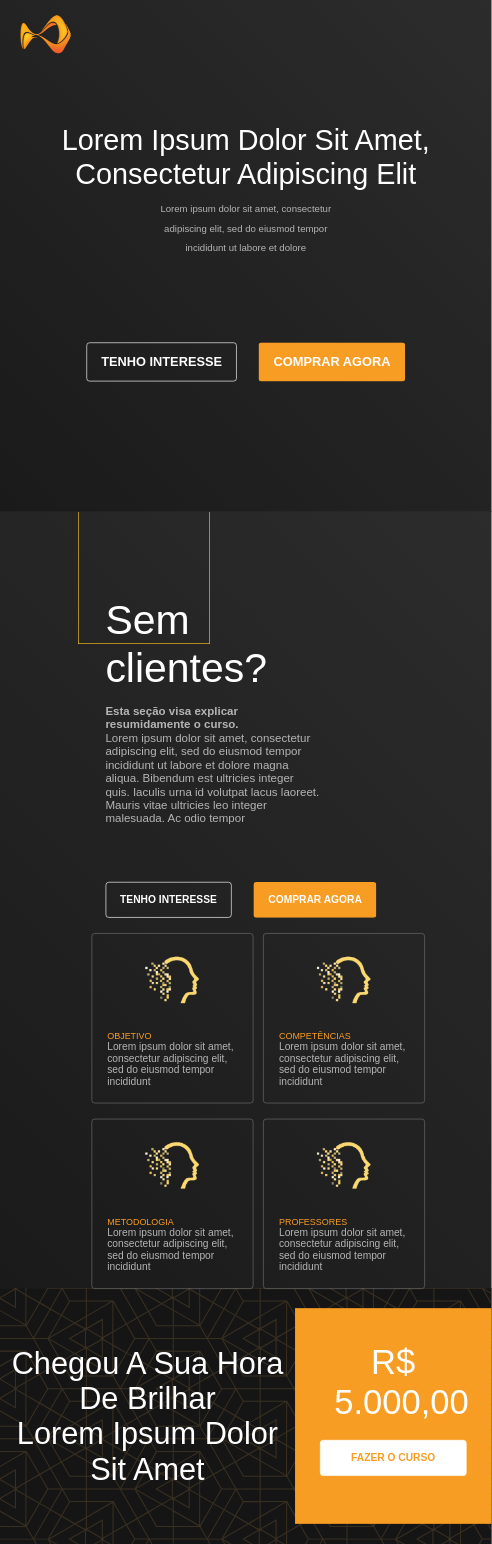
Repository: Rafael-Araujo-dev/Treinamento-Raccoon
Page: Projeto-2/index.html
An editor plug-in stored every save of this project. The page is shown before and after a run of saves, followed by the edit.
The browser window is 768 px wide. The pictures show the whole page, at 64% of full size.
Some web fonts or font styles are not loaded; a fallback is used.

Above is the page before, as saved 2021-09-23 11:39:49.

After the next 6 saves:
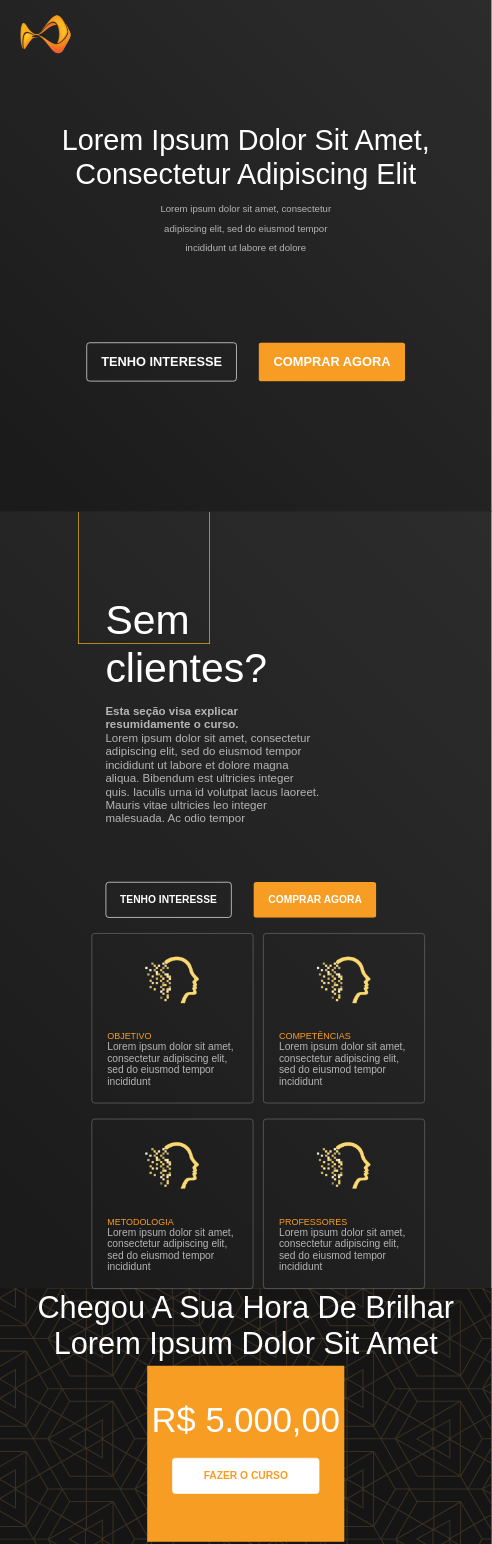
The 6 saves are shown as one change because they came seconds apart.
The last was saved 11 s later.
--- a/Projeto-2/css/style.css
+++ b/Projeto-2/css/style.css
@@ -374,7 +374,9 @@
 }
 
 @media(max-width: 800px) {
-
+    .take-course .container .text {
+        width: 100%;
+    }
 }
 
 .take-course .container .card {
